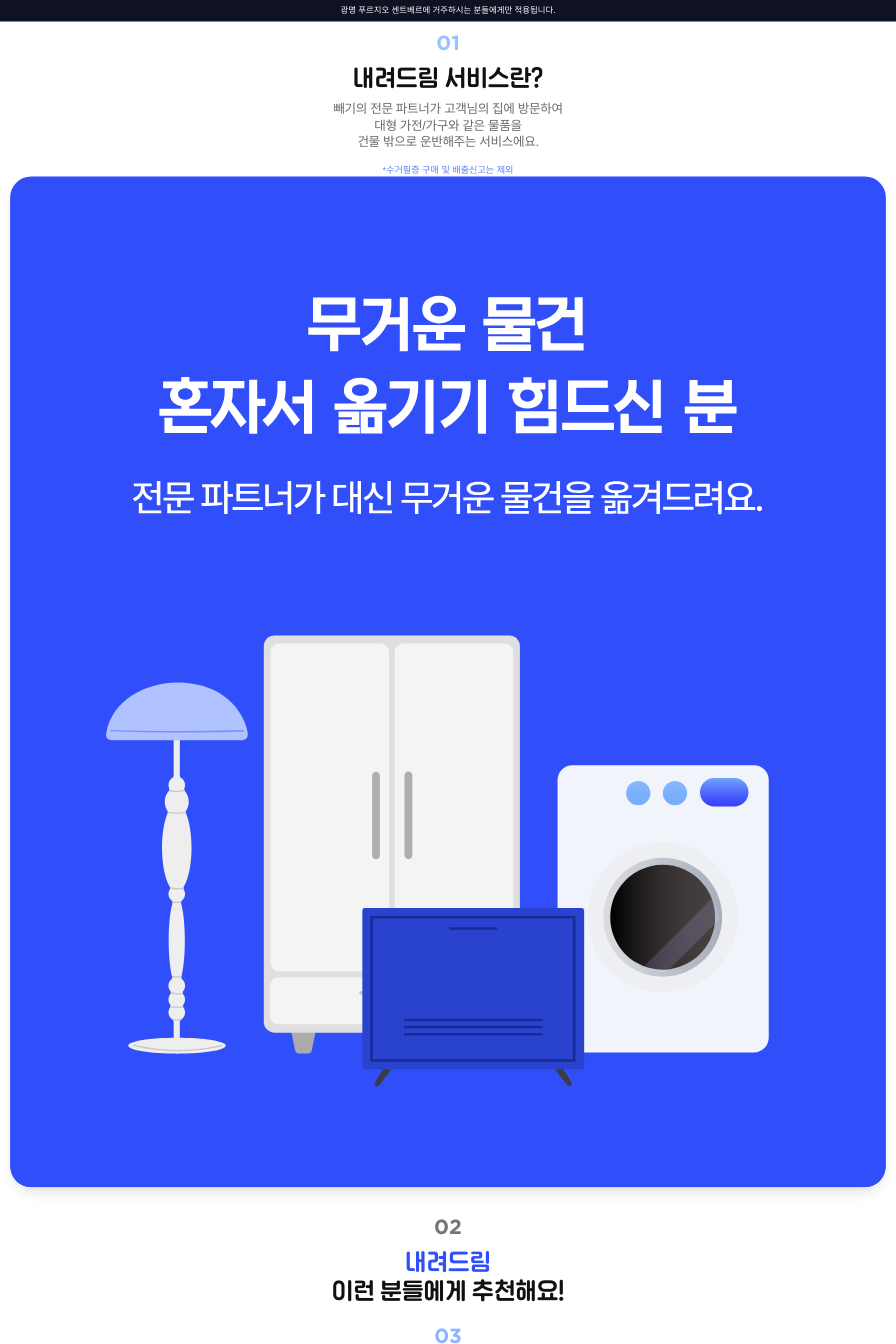
Repository: seraLeeDev/lgthinq-test
Page: index2.html
An editor plug-in stored every save of this project. The page is shown before and after the next save, followed by the edit.
The browser window is 1280 px wide. The pictures show the part of the page from y = 3444 to 5364 px (the page is 7751 px tall before and 7833 px after), at 70% of full size.
Some web fonts or font styles are not loaded; a fallback is used.

Above is the page before, as saved 2023-03-14 17:36:50.
Console error: ReferenceError: AOS is not defined

### index2.html
<!DOCTYPE html>
<html lang="ko">
  <head>
    <meta charset="UTF-8" />
    <meta http-equiv="X-UA-Compatible" content="IE=edge" />
    <meta name="viewport" content="width=device-width, initial-scale=1.0" />
    <title>빼기 | 새롭게 버리는 공식</title>
    <link as="style" rel="stylesheet" href="/css/reset.css" />
    <link as="style" rel="stylesheet" href="/css/font.css" />
    <link as="style" rel="stylesheet" href="/css/style.css" />
    <link href="https://unpkg.com/aos@2.3.1/dist/aos.css" rel="stylesheet" />
    <link
      rel="stylesheet"
      href="https://cdn.jsdelivr.net/gh/orioncactus/pretendard@v1.3.5/dist/web/static/pretendard-dynamic-subset.css"
    />
    <link
      rel="apple-touch-icon"
      sizes="57x57"
      href="/icons/apple-icon-57x57.png"
    />
    <link
      rel="apple-touch-icon"
      sizes="60x60"
      href="/icons/apple-icon-60x60.png"
    />
    <link
      rel="apple-touch-icon"
      sizes="72x72"
      href="/icons/apple-icon-72x72.png"
    />
    <link
      rel="apple-touch-icon"
      sizes="76x76"
      href="/icons/apple-icon-76x76.png"
    />
    <link
      rel="apple-touch-icon"
      sizes="114x114"
      href="/icons/apple-icon-114x114.png"
    />
    <link
      rel="apple-touch-icon"
      sizes="120x120"
      href="/icons/apple-icon-120x120.png"
    />
    <link
      rel="apple-touch-icon"
      sizes="144x144"
      href="/icons/apple-icon-144x144.png"
    />
    <link
      rel="apple-touch-icon"
      sizes="152x152"
      href="/icons/apple-icon-152x152.png"
    />
    <link
      rel="apple-touch-icon"
      sizes="180x180"
      href="/icons/apple-icon-180x180.png"
    />
    <link
      rel="icon"
      type="image/png"
      sizes="192x192"
      href="/icons/android-icon-192x192.png"
    />
    <link
      rel="icon"
      type="image/png"
      sizes="32x32"
      href="/icons/favicon-32x32.png"
    />
    <link
      rel="icon"
      type="image/png"
      sizes="96x96"
      href="/icons/favicon-96x96.png"
    />
    <link
      rel="icon"
      type="image/png"
      sizes="16x16"
      href="/icons/favicon-16x16.png"
    />
    <script type="text/javascript" src="/js/index.js"></script>
    <script src="https://unpkg.com/aos@2.3.1/dist/aos.js"></script>
  </head>
  <body>
    <div class="wrapper">
      <!-- 메인 -->
      <article class="article-box">
        <div class="box-img-full">
          <img src="./img/[LG ThinQ] main img.gif" alt="내려드림,할인드림" />
        </div>
        <div class="main-notice">
          <p>광명 푸르지오 센트베르에 거주하시는 분들에게만 적용됩니다.</p>
        </div>
      </article>
      <!-- ThinQ & 빼기 설명 -->
      <article></article>
      <!-- 내려드림 소개 -->
      <article>
        <!-- 01. 내려드림 서비스란? -->
        <section>
          <div class="box-content sec1">
            <b class="index text-blue-04-variation">01</b>
            <h2 class="GGothic h2">내려드림 서비스란?</h2>
            <p class="section-desc">
              빼기의 전문 파트너가 고객님의 집에 방문하여<br />
              대형 가전/가구와 같은 물품을<br />
              건물 밖으로 운반해주는 서비스에요.
            </p>
            <small class="section-caption text-blue-03"
              >*수거필증 구매 및 배출신고는 제외</small
            >
          </div>
          <div class="box-img-full">
            <img
              src="/img/02_illust_1.svg"
              alt="사람이 물건을 옮기는 일러스트"
            />
          </div>
        </section>
        <!-- 02. 내려드림 추천 -->
        <section>
          <div class="box-content">
            <b class="index text-gray76">02</b>
            <h2 class="GGothic h2">
              <span class="text-blue-02">내려드림</span><br />
              이런 분들에게 추천해요!
            </h2>
          </div>

          <div></div>
          <div></div>
          <div></div>
        </section>
        <!-- 03. 가격 설명 -->
        <section>
          <div class="box-content">
            <b class="index text-blue-04">03</b>
            <h2 class="GGothic h2">
              타 업체보다 <br /><span class="text-blue-etc text-highlight"
                >평균 40% 저렴</span
              >해요!
            </h2>
            <p class="section-desc">
              타 업체 견적가 데이터 기준으로<br />
              비교한 금액이에요.
            </p>
          </div>
          <div></div>
          <div></div>
        </section>
        <!-- 04. 내려드림 신청 방법 -->
        <section class="bg-blue02">
          <div class="box-content">
            <b class="index text-blue-04">04</b>
            <h2 class="GGothic h2 text-white">내려드림 신청 방법</h2>

            <div>
              <span class="box-chip GGothic text-white bg-orange02 font-normal"
                >신청 전 확인하기</span
              >
              <p class="text-white section-desc sec4">
                <span class="text-yellow"
                  >이벤트 페이지에서 앱으로 설치·이동 후 <br />회원가입</span
                >을 해주세요
              </p>
            </div>
            <div class="bg-indigo box-caution">
              <small class="text-indigo text-caution"
                >이벤트 페이지를 통하지 않으면 할인 혜택을 받기 어려워요.<br />
                꼭! 이벤트 페이지를 통해 빼기 앱을 설치해주세요.</small
              >
            </div>
            <div>
              <span class="box-chip GGothic text-white bg-lightblue Gotham"
                >STEP 01</span
              >
              <p class="text-white section-desc sec4">
                메인 - 대형폐기물 탭 - 대신 버려주세요
              </p>
            </div>

            <div>
              <span class="box-chip GGothic text-white bg-lightblue Gotham"
                >STEP 02</span
              >
              <p class="text-white section-desc sec4">
                물품 정보 입력 후 신청페이지에서<br />
                배출물품을 내려놓을 장소를 입력해주세요.
              </p>
            </div>
            <div>
              <span class="box-chip GGothic text-white bg-lightblue Gotham"
                >STEP 03</span
              >
              <p class="text-white section-desc sec4">
                파트너님이 방문해서<br />
                지정하신 장소에 물품을 내려드려요.
              </p>
            </div>
            <div>
              <span class="box-chip GGothic text-white bg-lightblue Gotham"
                >STEP 04</span
              >
              <p class="text-white section-desc sec4">
                작업 완료 후 고객님이<br />
                수거필증을 구매해주셔야해요.
              </p>
            </div>
            <div>
              <span class="box-chip GGothic text-white bg-lightblue Gotham"
                >STEP 05</span
              >
              <p class="text-white section-desc sec4">
                수거필증 결제 후 제공되는 빼기 번호를<br />
                배출 물품에 떨어지지 않도록 부착해주세요.
              </p>
            </div>
          </div>
        </section>
      </article>
      <!-- 05 : 자주묻는 질문-->
      <article class="bg-black">
        <section>
          <div class="box-content">
            <b class="index text-blue-02">05</b>
            <h2 class="GGothic h2 text-white">자주 묻는 질문</h2>
            <p class="section-desc text-grayb9">
              내려드림과 관련한<br />
              자주 묻는 질문을 정리해뒀어요.
            </p>
          </div>

          <ul class="faq-list">
            <li>
              <div class="faq-head">
                <h5 class="font-bold text-question">Q. 내려드림이 뭐에요?</h5>
                <i class="btn-faq-toggle">
                  <img src="/img/icon_plus_24_black.svg" alt="플러스 버튼" />
                </i>
              </div>
              <p class="text-answer font-normal">
                내려드림이란 빼기의 전문 파트너가 고객님의 집에 방문하여 대형
                가전/가구와 같은 물품을 건물 밖으로 운반해주는 서비스입니다.
              </p>
            </li>
            <li>
              <div class="faq-head">
                <h5 class="font-bold text-question">
                  Q. 수거 필증을 왜 구매해야 하나요?
                </h5>
                <i class="btn-faq-toggle">
                  <img src="/img/icon_plus_24_black.svg" alt="플러스 버튼" />
                </i>
              </div>
              <p class="text-answer font-normal">
                지자체에서 발급되는 수거필증을 구매해야만 내려드림으로 신청하신
                물품이 수거가 됩니다.
              </p>
            </li>
            <li>
              <div class="faq-head">
                <h5 class="font-bold text-question">
                  Q. ThinQ 회원 5% 할인은 어떻게 받나요?
                </h5>
                <i class="btn-faq-toggle">
                  <img src="/img/icon_plus_24_black.svg" alt="플러스 버튼" />
                </i>
              </div>
              <p class="text-answer font-normal">
                이벤트 페이지 내 버튼을 통하여 빼기 앱 설치 후 광명 푸르지오
                센트베르 거주자에 한하여 할인 혜택이 적용됩니다.
              </p>
            </li>
            <li>
              <div class="faq-head">
                <h5 class="font-bold text-question">
                  Q. 일정 변경이 가능한가요?
                </h5>
                <i class="btn-faq-toggle">
                  <img src="/img/icon_plus_24_black.svg" alt="플러스 버튼" />
                </i>
              </div>
              <p class="text-answer font-normal">
                파트너 매칭 전에는 일정 변경이 언제든 가능하며, 파트너 매칭 후
                일정 변경을 희망하실 경우, 매칭 된 빼기 파트너와 직접 일정을
                협의하셔야 합니다.
              </p>
            </li>
            <li>
              <div class="faq-head">
                <h5 class="font-bold text-question">Q. 그 외 질문</h5>
                <i class="btn-faq-toggle">
                  <img src="/img/icon_plus_24_black.svg" alt="플러스 버튼" />
                </i>
              </div>
              <div>
                <p class="text-answer font-normal">
                  빼기 FAQ 페이지에서 더 많은 질문을 확인할 수 있습니다.
                </p>
                <a class="btn-faq-link">다른 질문 확인하기</a>
              </div>
            </li>
          </ul>
        </section>
        <footer>
          <div class="box-img-full">
            <img src="/img/banner.svg" alt="내려드림 이동 배너" />
          </div>
          <div class="footer-logo">
            <p class="text-white">새롭게 버리는 공식</p>
            <img src="/img/bbegi_app_logo.svg" alt="빼기 로고" />
          </div>
        </footer>
      </article>
      <!-- 플로팅 버튼 -->
      <div class="box-float">
        <button class="btn-float font-bold">빼기 바로가기</button>
      </div>
    </div>
  </body>
</html>

### css/font.css
@charset "UTF-8";

@font-face {
  font-family: "Pretendard";
  src: url("https://cdn.jsdelivr.net/gh/orioncactus/pretendard@v1.3.5/dist/web/static/pretendard-dynamic-subset.css");
}

@font-face {
  font-family: "HGSoftGGothicssi";
  font-style: normal;
  font-weight: 100;
  src: url(/font/HGSoftGGothicssi-00g.woff2) format("woff2"),
    url(/font/HGSoftGGothicssi-00g.woff) format("woff"),
    url(/font/HGSoftGGothicssi-00g.otf) format("opentype");
}

@font-face {
  font-family: "HGSoftGGothicssi";
  font-style: normal;
  font-weight: 200;
  src: url(/font/HGSoftGGothicssi-20g.woff2) format("woff2"),
    url(/font/HGSoftGGothicssi-20g.woff) format("woff"),
    url(/font/HGSoftGGothicssi-20g.otf) format("opentype");
}

@font-face {
  font-family: "HGSoftGGothicssi";
  font-style: normal;
  font-weight: 400;
  src: url(/font/HGSoftGGothicssi-40g.woff2) format("woff2"),
    url(/font/HGSoftGGothicssi-40g.woff) format("woff"),
    url(/font/HGSoftGGothicssi-40g.otf) format("opentype");
}

@font-face {
  font-family: "HGSoftGGothicssi";
  font-style: normal;
  font-weight: 600;
  src: url(/font/HGSoftGGothicssi-60g.woff2) format("woff2"),
    url(/font/HGSoftGGothicssi-60g.woff) format("woff"),
    url(/font/HGSoftGGothicssi-60g.otf) format("opentype");
}

@font-face {
  font-family: "HGSoftGGothicssi";
  font-style: normal;
  font-weight: 800;
  src: url(/font/HGSoftGGothicssi-80g.woff2) format("woff2"),
    url(/font/HGSoftGGothicssi-80g.woff) format("woff"),
    url(/font/HGSoftGGothicssi-80g.otf) format("opentype");
}

@font-face {
  font-family: "HGSoftGGothicssi";
  font-style: normal;
  font-weight: 900;
  src: url(/font/HGSoftGGothicssi-90g.woff2) format("woff2"),
    url(/font/HGSoftGGothicssi-90g.woff) format("woff"),
    url(/font/HGSoftGGothicssi-90g.otf) format("opentype");
}

@font-face {
  font-family: "Gotham";
  font-style: normal;
  font-weight: 700;
  src: url(/font/Gotham-Bold.woff2) format("woff2"),
    url(/font/Gotham-Bold.woff) format("woff"),
    url(/font/Gotham-Bold.otf) format("opentype");
}

### css/style.css
@charset "UTF-8";
/*
*
* TYPOGRAPHY
*
*/
html,
body,
.wrapper {
  font-family: "Pretendard", sans-serif !important;
  font-size: 10px; /*1rem: 10px*/
}
.GGothic {
  font-family: "HGSoftGGothicssi", sans-serif !important;
}
.Gotham {
  font-family: "Gotham", sans-serif !important;
}
.font-normal {
  font-weight: 400 !important;
}
.font-semiBold {
  font-weight: 600 !important;
}
.font-bold {
  font-weight: 800 !important;
}
.font-extraBold {
  font-weight: 900 !important;
}
.index {
  font-family: "Gotham", sans-serif !important;
  font-size: 6rem;
}
.h2 {
  margin-bottom: 12px;
  text-align: center;
  font-size: 7rem !important;
  line-height: 0.6;
  color: #111;
}
.section-desc {
  font-size: 1.8rem;
  line-height: 1.3;
  color: #6a6a6a;
  letter-spacing: -0.5px;
}
.section-caption {
  display: inline-block;
  margin-top: 22px;
  font-size: 13px;
}
.text-gray-01 {
  color: #111111 !important;
}
.text-blue-02 {
  color: #304ffb !important;
}
.text-blue-03 {
  color: #5980f9 !important;
}
.text-blue-04 {
  color: #8fb5ff !important;
}
.text-blue-04-variation {
  color: #98c1ff !important;
}
.text-blue-etc {
  color: #2285fa !important;
}
.text-indigo {
  color: #9aa9ff !important;
}
.text-white {
  color: #fff;
}
.text-grayb9 {
  color: #b9b9b9 !important;
}
.text-gray76 {
  color: #767676 !important;
}
.text-yellow {
  color: #ffed8f !important;
}
.index {
  margin-bottom: 15px;
}
.text-caution {
  font-size: 1.2rem;
  line-height: 1.2;
}
.text-question {
  font-size: 1.8rem;
}
.text-answer {
  width: 90%;
  margin-top: 20px;
  font-size: 1.6rem;
  line-height: 1.2;
}
.text-answer::before {
  content: "•";
  padding-right: 5px;
}
/*
*
* COMMON
*
*/

.box-img-full {
  width: 100%;
}
.box-img-full img {
  width: 100%;
  vertical-align: bottom;
}
.box-content {
  width: 100%;
  text-align: center;
}
.box-content .sec1 {
  padding: 90px 54px 0;
}
/* article 1 style */
.main-notice {
  width: 100%;
  padding: 10px 0;
  background: #0e1222;
}
.main-notice p {
  width: 100%;
  text-align: center;
  font-size: 1.2rem;
  color: #fff;
}
.box-chip {
  padding: 0.5rem 1.5rem;
  font-size: 2.8rem;
  font-weight: 700;
  border-radius: 50px;
  color: white;
  text-align: center;
  letter-spacing: 0;
}
.box-caution {
  padding: 40px;
}
.box-float {
  position: fixed;
  bottom: 135px;
  display: flex;
  justify-content: center;
  align-items: center;
  width: 100%;
  height: 75px;
}
.bg-orange02 {
  background-color: #f78752 !important;
}
.bg-lightblue {
  background-color: #7d9aff !important;
}
.bg-blue02 {
  background-color: #304ffb !important;
}
.bg-indigo {
  background-color: #192250 !important;
}
.bg-black {
  background-color: #262626 !important;
}
/* article 2 style */
/* article 3 style */
.text-highlight {
  padding: 0 5px;
  background: url(/img/marker_line.svg) no-repeat 50% 120%;
  background-size: 100%;
}
/* article 4 style */
.section-desc .sec4 {
  letter-spacing: -0.3px;
  font-weight: 400;
}
/* article 5 style */
.faq-list {
  padding: 0 24px;
  color: #b9b9b9;
}
.faq-list li {
  padding: 30px 0;
  border-bottom: 1px solid #666666;
}
.faq-list li:last-child {
  border-bottom: none;
}
.faq-head {
  display: flex;
  justify-content: space-between;
  align-items: center;
  width: 100%;
}
/* footer */
.footer-logo {
  display: flex;
  flex-direction: column;
  justify-content: center;
  align-items: center;
  padding: 70px 0;
}
.footer-logo p {
  font-size: 1.8rem;
  margin-bottom: 10px;
}
.footer-logo img {
  width: 100px;
}
/*
*
*BUTTON
*
*/
.btn-faq-toggle {
  display: flex;
  justify-content: center;
  align-items: center;
  width: 40px;
  height: 40px;
}
.btn-faq-toggle img {
  display: block;
  width: 18px;
  height: 18px;
}
.btn-faq-link {
  display: inline-block;
  padding: 10px 15px;
  margin-top: 18px;
  border: 1px solid #b9b9b9;
  font-size: 1.6rem;
  border-radius: 50px;
}
.btn-float {
  width: 80%;
  height: 100%;
  margin: 0 auto;
  font-size: 2.4rem;
  color: white;
  background: #1331d9;
  border-radius: 50px;
  border: none;
  outline: none;
  box-shadow: 0px 10px 20px -5px rgba(0, 0, 0, 0.2);
}

Loaded but not shown: css/reset.css (common file); js/index.js (common file)

After the next save:
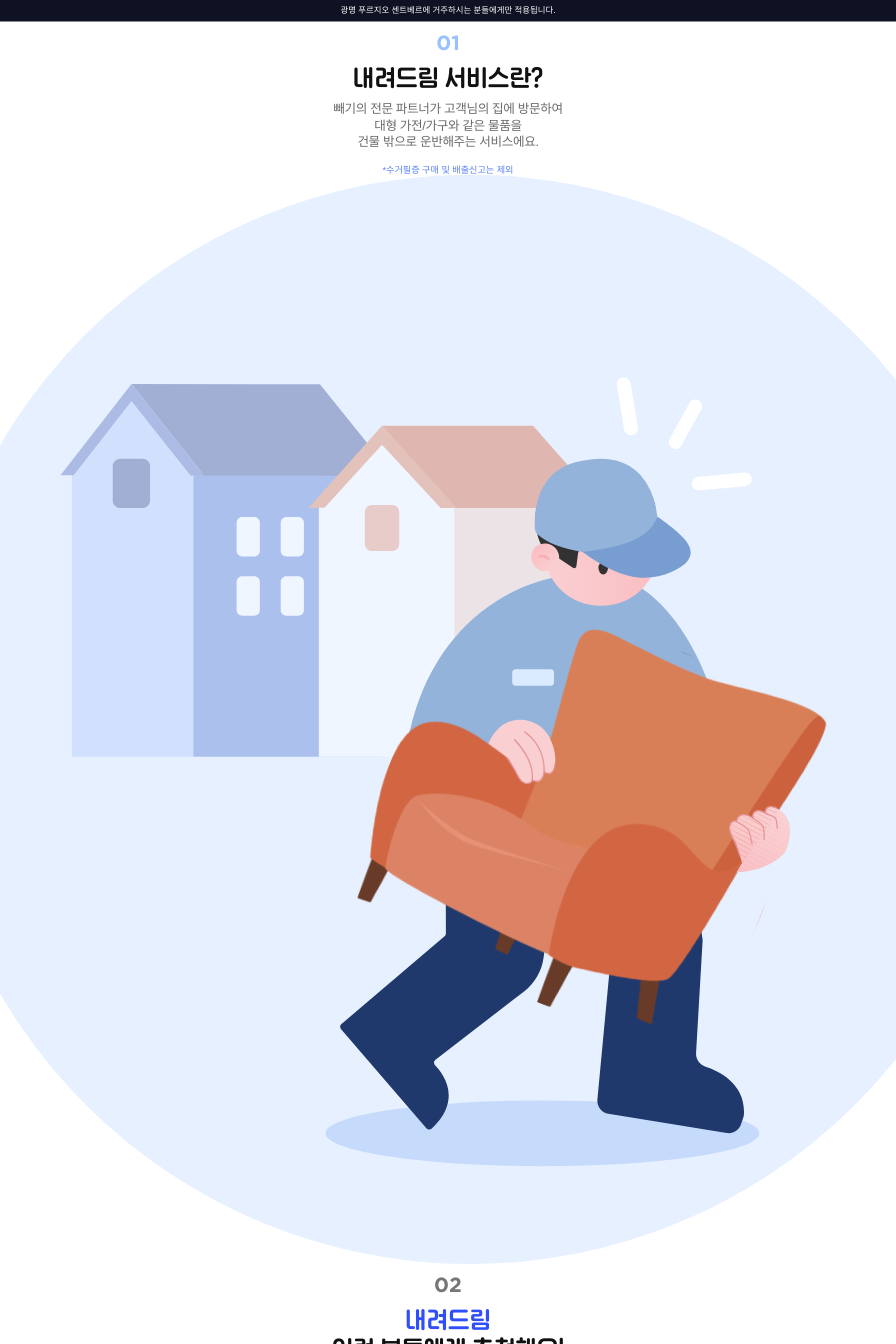
Saved 20 s later.
--- a/index2.html
+++ b/index2.html
@@ -115,10 +115,7 @@
             >
           </div>
           <div class="box-img-full">
-            <img
-              src="/img/02_illust_1.svg"
-              alt="사람이 물건을 옮기는 일러스트"
-            />
+            <img src="/img/01_illust.svg" alt="사람이 물건을 옮기는 일러스트" />
           </div>
         </section>
         <!-- 02. 내려드림 추천 -->
